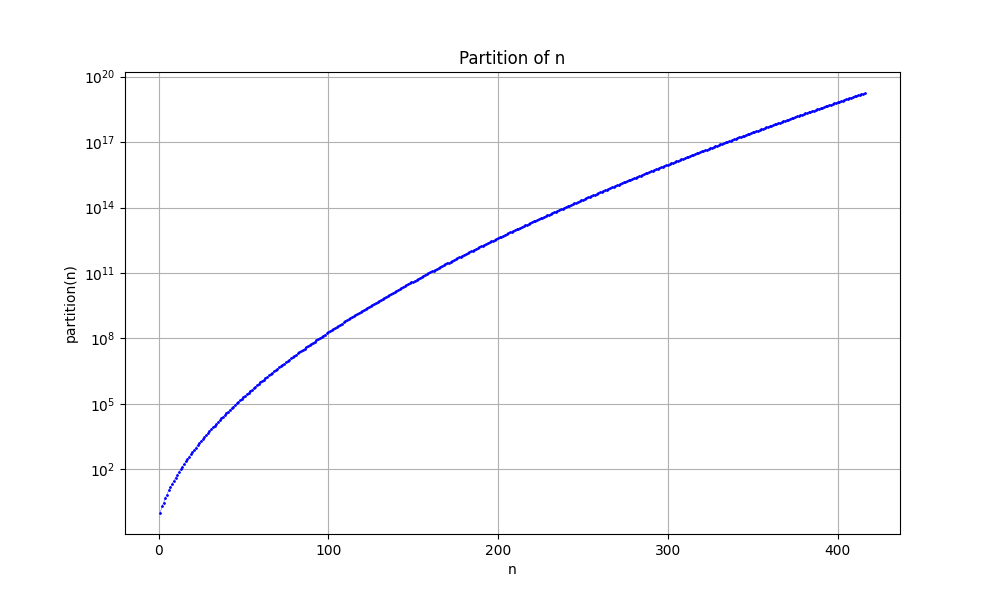
Repository: rizwankaz/partitions
Script's output: python partition_naive_plot.py
An editor plug-in stored every save of this project. The script's output is shown before and after the next save, followed by the edit.
Random numbers start from a fixed seed.

Above is the script's output before, as saved 2024-07-22 02:14:13.

### partition_naive_plot.py
import matplotlib.pyplot as plt

n_values = []
partition_values = []

with open("naive_runtime_data.txt", "r") as file:
    next(file)
    for line in file:
        parts = line.strip().split('\t')
        n = int(parts[0])
        partition = int(parts[1])
        n_values.append(n)
        partition_values.append(partition)

plt.figure(figsize=(10, 6))
plt.plot(n_values, partition_values, marker='o', linestyle='-', color='b', linewidth=0.25, markersize=1)
plt.xlabel('n')
plt.ylabel('partition(n)')
plt.title('Partition of n')
plt.yscale('log')
plt.grid(True)
plt.savefig("partition_plot.png")
plt.show()

### naive_runtime_data.txt
n	partition(n)	runtime
1	1	2.958e-06
2	2	1.459e-06
3	3	1.25e-06
4	5	1.792e-06
5	7	1.542e-06
6	11	1.916e-06
7	15	1.833e-06
8	22	2.25e-06
9	30	2.125e-06
10	42	2.625e-06
11	56	2.75e-06
12	77	3.125e-06
13	101	3.25e-06
14	135	3.625e-06
15	176	3.875e-06
16	231	4.25e-06
17	297	4.625e-06
18	385	5.083e-06
19	490	5.375e-06
20	627	5.916e-06
21	792	6.25e-06
22	1002	6.917e-06
23	1255	7.042e-06
24	1575	7.625e-06
25	1958	8.084e-06
26	2436	8.625e-06
27	3010	9.125e-06
28	3718	9.834e-06
29	4565	1.0166e-05
30	5604	1.0875e-05
31	6842	1.1416e-05
32	8349	1.1958e-05
33	10143	1.2625e-05
34	12310	1.3125e-05
35	14883	1.3834e-05
36	17977	1.4416e-05
37	21637	1.525e-05
38	26015	1.6083e-05
39	31185	1.65e-05
40	37338	1.7292e-05
41	44583	1.8125e-05
42	53174	1.8791e-05
43	63261	1.9583e-05
44	75175	2.0417e-05
45	89134	2.1208e-05
46	105558	2.1958e-05
47	124754	2.2833e-05
48	147273	2.3875e-05
49	173525	2.4541e-05
50	204226	2.5542e-05
51	239943	2.6375e-05
52	281589	2.7417e-05
53	329931	2.8375e-05
54	386155	2.925e-05
55	451276	3.0291e-05
56	526823	3.1083e-05
57	614154	3.2125e-05
58	715220	3.3166e-05
59	831820	3.4083e-05
60	966467	3.5292e-05
61	1121505	3.6416e-05
62	1300156	3.75e-05
63	1505499	3.8417e-05
64	1741630	3.9833e-05
65	2012558	4.1e-05
66	2323520	4.2125e-05
67	2679689	4.3291e-05
68	3087735	4.4583e-05
69	3554345	4.5542e-05
70	4087968	4.6916e-05
71	4697205	4.8083e-05
72	5392783	4.9333e-05
73	6185689	5.0667e-05
74	7089500	5.1875e-05
75	8118264	5.3167e-05
76	9289091	5.4584e-05
77	10619863	5.5792e-05
78	12132164	5.7208e-05
79	13848650	5.8583e-05
80	15796476	6.0042e-05
81	18004327	5.7917e-05
82	20506255	4.9417e-05
83	23338469	5.0625e-05
84	26543660	5.1834e-05
85	30167357	5.2875e-05
86	34262962	5.4041e-05
87	38887673	5.5292e-05
88	44108109	5.6375e-05
89	49995925	5.7667e-05
90	56634173	5.8917e-05
91	64112359	6.0208e-05
92	72533807	6.1375e-05
93	82010177	6.2542e-05
94	92669720	6.3834e-05
95	104651419	6.5125e-05
96	118114304	6.6541e-05
97	133230930	6.7792e-05
98	150198136	6.9083e-05
99	169229875	7.0416e-05
100	190569292	7.175e-05
101	214481126	7.3042e-05
102	241265379	7.4584e-05
103	271248950	7.5875e-05
104	304801365	7.7333e-05
105	342325709	7.8791e-05
106	384276336	8.0166e-05
107	431149389	8.1667e-05
108	483502844	8.2833e-05
109	541946240	8.7167e-05
110	607163746	8.5833e-05
111	679903203	8.7208e-05
112	761002156	8.875e-05
113	851376628	9.0584e-05
114	952050665	9.2e-05
115	1064144451	9.3667e-05
116	1188908248	9.5333e-05
117	1327710076	9.95e-05
118	1482074143	9.8417e-05
119	1653668665	9.9833e-05
120	1844349560	0.000101417
121	2056148051	0.000102958
122	2291320912	0.000104583
123	2552338241	0.000106292
124	2841940500	0.000107875
125	3163127352	0.000116625
126	3519222692	0.000111458
127	3913864295	0.000112958
128	4351078600	0.000114958
129	4835271870	0.000135541
130	5371315400	0.000133042
131	5964539504	0.000119958
132	6620830889	0.000123042
133	7346629512	0.000126625
134	8149040695	0.000125292
135	9035836076	0.000127
136	10015581680	0.000128792
137	11097645016	0.000182416
138	12292341831	0.0001355
139	13610949895	0.000145292
140	15065878135	0.000136208
141	16670689208	0.000145542
142	18440293320	0.000140125
143	20390982757	0.000144791
144	22540654445	0.000143791
145	24908858009	0.000145584
146	27517052599	0.000147709
147	30388671978	0.000150458
148	33549419497	0.000151792
149	37027355200	0.000153458
150	40853235313	0.000158458
151	45060624582	0.0001575
152	49686288421	0.000159458
153	54770336324	0.000161542
154	60356673280	0.000163666
155	66493182097	0.00016575
156	73232243759	0.000170459
157	80630964769	0.000169791
158	88751778802	0.000171875
159	97662728555	0.000174083
160	107438159466	0.000176208
161	118159068427	0.000178209
162	129913904637	0.000180542
163	142798995930	0.000182791
164	156919475295	0.000185667
165	172389800255	0.000187958
166	189334822579	0.000189666
167	207890420102	0.000157875
168	228204732751	0.000161709
169	250438925115	0.000161583
170	274768617130	0.000163875
171	301384802048	0.000165792
172	330495499613	0.00016725
173	362326859895	0.000169875
174	397125074750	0.000170542
175	435157697830	0.000172875
176	476715857290	0.000174916
177	522115831195	0.000176666
178	571701605655	0.000178667
179	625846753120	0.000180042
180	684957390936	0.00018475
181	749474411781	0.00018625
182	819876908323	0.000186042
183	896684817527	0.000188041
184	980462880430	0.00019
185	1071823774337	0.000192458
186	1171432692373	0.000194292
187	1280011042268	0.000196458
188	1398341745571	0.000198375
189	1527273599625	0.000200625
190	1667727404093	0.000202166
191	1820701100652	0.000204625
192	1987276856363	0.000206709
193	2168627105469	0.000208541
194	2366022741845	0.000213584
195	2580840212973	0.000212958
196	2814570987591	0.000214917
197	3068829878530	0.000217042
198	3345365983698	0.000220041
199	3646072432125	0.00022225
200	3972999029388	0.000224208
201	4328363658647	0.000226125
202	4714566886083	0.000228583
203	5134205287973	0.000230417
204	5590088317495	0.000232834
205	6085253859260	0.000235417
206	6622987708040	0.000237125
207	7206841706490	0.000238958
208	7840656226137	0.000241208
209	8528581302375	0.000243625
210	9275102575355	0.000247792
211	10085065885767	0.0002495
212	10963707205259	0.000250916
213	11916681236278	0.000252834
214	12950095925895	0.000255417
215	14070545699287	0.000257208
216	15285151248481	0.00026225
217	16601598107914	0.00027375
218	18028182516671	0.000291167
219	19573856161145	0.000309042
220	21248279009367	0.000281708
221	23061871173849	0.00028175
222	25025873760111	0.000241
223	27152408925615	0.000239417
224	29454549941750	0.000238708
225	31946390696157	0.00024075
226	34643126322519	0.000243375
227	37561133582570	0.000244875
228	40718063627362	0.00025
229	44132934884255	0.000249166
230	47826239745920	0.000253958
231	51820051838712	0.000253333
232	56138148670947	0.000255667
233	60806135438329	0.000257708
234	65851585970275	0.000259792
235	71304185514919	0.000262083
236	77195892663512	0.000266958
237	83561103925871	0.000269083
238	90436839668817	0.000268667
239	97862933703585	0.00027075
240	105882246722733	0.000272875
241	114540884553038	0.000275125
242	123888443077259	0.000277333
243	133978259344888	0.00027975
244	144867692496445	0.000293416
245	156618412527946	0.000284417
246	169296722391554	0.000286583
247	182973889854026	0.000288667
248	197726516681672	0.000291
249	213636919820625	0.000293375
250	230793554364681	0.00029575
251	249291451168559	0.000298083
252	269232701252579	0.000300416
253	290726957916112	0.000302791
254	313891991306665	0.000308125
255	338854264248680	0.0003075
256	365749566870782	0.000309917
257	394723676655357	0.000312333
258	425933084409356	0.0002865
259	459545750448675	0.000287209
260	495741934760846	0.000277416
261	534715062908609	0.000279583
262	576672674947168	0.000281875
263	621837416509615	0.000286417
264	670448123060170	0.000285708
265	722760953690372	0.000287833
266	779050629562167	0.000289917
267	839611730366814	0.000291833
268	904760108316360	0.000294209
269	974834369944625	0.000296291
270	1050197489931117	0.000298583
271	1131238503938606	0.000303375
272	1218374349844333	0.000305625
273	1312051800816215	0.0003045
274	1412749565173450	0.000307083
275	1520980492851175	0.000309416
276	1637293969337171	0.000311583
277	1762278433057269	0.0003315
278	1896564103591584	0.000316
279	2040825852575075	0.000332916
280	2195786311682516	0.000320583
281	2362219145337711	0.000323375
282	2540952590045698	0.000327875
283	2732873183547535	0.000327417
284	2938929793929555	0.000329833
285	3160137867148997	0.000331917
286	3397584011986773	0.000334084
287	3652430836071053	0.000336375
288	3925922161489422	0.000338667
289	4219388528587095	0.000337875
290	4534253126900886	0.000303333
291	4872038056472084	0.0003055
292	5234371069753672	0.000307458
293	5622992691950605	0.000309625
294	6039763882095515	0.00031175
295	6486674127079088	0.000313792
296	6965850144195831	0.0003185
297	7479565078510584	0.0003185
298	8030248384943040	0.000331167
299	8620496275465025	0.000322125
300	9253082936723602	0.00032425
301	9930972392403501	0.000326375
302	10657331232548839	0.000329833
303	11435542077822104	0.000332708
304	12269218019229465	0.000335
305	13162217895057704	0.000336875
306	14118662665280005	0.000343417
307	15142952738857194	0.000346208
308	16239786535829663	0.000346792
309	17414180133147295	0.000347542
310	18671488299600364	0.000354584
311	20017426762576945	0.00035025
312	21458096037352891	0.000349958
313	23000006655487337	0.000352417
314	24650106150830490	0.000354791
315	26415807633566326	0.000357292
316	28305020340996003	0.000359
317	30326181989842964	0.000361375
318	32488293351466654	0.0003635
319	34800954869440830	0.00034075
320	37274405776748077	0.000330208
321	39919565526999991	0.000331708
322	42748078035954696	0.000336333
323	45772358543578028	0.00033575
324	49005643635237875	0.000337792
325	52462044228828641	0.000339708
326	56156602112874289	0.000368
327	60105349839666544	0.000357375
328	64325374609114550	0.000346375
329	68834885946073850	0.000348708
330	73653287861850339	0.000353084
331	78801255302666615	0.0003525
332	84300815636225119	0.000354583
333	90175434980549623	0.000356625
334	96450110192202760	0.000358542
335	103151466321735325	0.000360791
336	110307860425292772	0.000362917
337	117949491546113972	0.000365042
338	126108517833796355	0.000367125
339	134819180623301520	0.000369375
340	144117936527873832	0.0003715
341	154043597379576030	0.000365167
342	164637479165761044	0.000343667
343	175943559810422753	0.000345625
344	188008647052292980	0.000347542
345	200882556287683159	0.000349625
346	214618299743286299	0.000360333
347	229272286871217150	0.00035375
348	244904537455382406	0.000355792
349	261578907351144125	0.000357709
350	279363328483702152	0.000359792
351	298330063062758076	0.000361709
352	318555973788329084	0.000363792
353	340122810048577428	0.000365834
354	363117512048110005	0.000370208
355	387632532919029223	0.000370083
356	413766180933342362	0.000372167
357	441622981929358437	0.000374209
358	471314064268398780	0.00037625
359	502957566506000020	0.000383292
360	536679070310691121	0.000386292
361	572612058898037559	0.000382584
362	610898403751884101	0.00038475
363	651688879997206959	0.000367791
364	695143713458946040	0.000358167
365	741433159884081684	0.000359875
366	790738119649411319	0.000361666
367	843250788562528427	0.000363666
368	899175348396088349	0.000366125
369	958728697912338045	0.000367792
370	1022141228367345362	0.000391917
371	1089657644424399782	0.000387792
372	1161537834849962850	0.000386916
373	1238057794119125085	0.000375917
374	1319510599727473500	0.00037825
375	1406207446561484054	0.000409125
376	1498478743590581081	0.00038125
377	1596675274490756791	0.000383791
378	1701169427975813525	0.000385708
379	1812356499739472950	0.000387625
380	1930656072350465812	0.000389666
381	2056513475336633805	0.000391541
382	2190401332423765131	0.000393792
383	2332821198543892336	0.000396
384	2484305294265418180	0.000372083
385	2645418340688763701	0.000373875
386	2816759503217942792	0.00037575
387	2998964447736452194	0.000377916
388	3192707518433532826	0.000379792
389	3398704041358160275	0.000384417
390	3617712763867604423	0.000406542
391	3850538434667429186	0.000401833
392	4098034535626594791	0.000387667
393	4361106170762284114	0.000392041
394	4640713124699623515	0.0003915
395	4937873096788191655	0.0003935
396	5253665124416975163	0.000395167
397	5589233202595404488	0.000397416
398	5945790114707874597	0.00039925
399	6324621482504294325	0.000401417
400	6727090051741041926	0.00042
401	7154640222653942321	0.000419041
402	7608802843339879269	0.000407542
403	8091200276484465581	0.000410083
404	8603551759348655060	0.000411291
405	9147679068859117602	0.00041325
406	9725512513742021729	0.00041525
407	10339097267123947241	0.000440833
408	10990600063775926994	0.000389
409	11682316277192317780	0.000390834
410	12416677403151190382	0.000428375
411	13196258966925435702	0.000415542
412	14023788883518847344	0.000396667
413	14902156290309948968	0.000409791
414	15834420884488187770	0.000401209
415	16823822787139235544	0.000408334
416	17873792969689876004	0.000419041

After the next save:
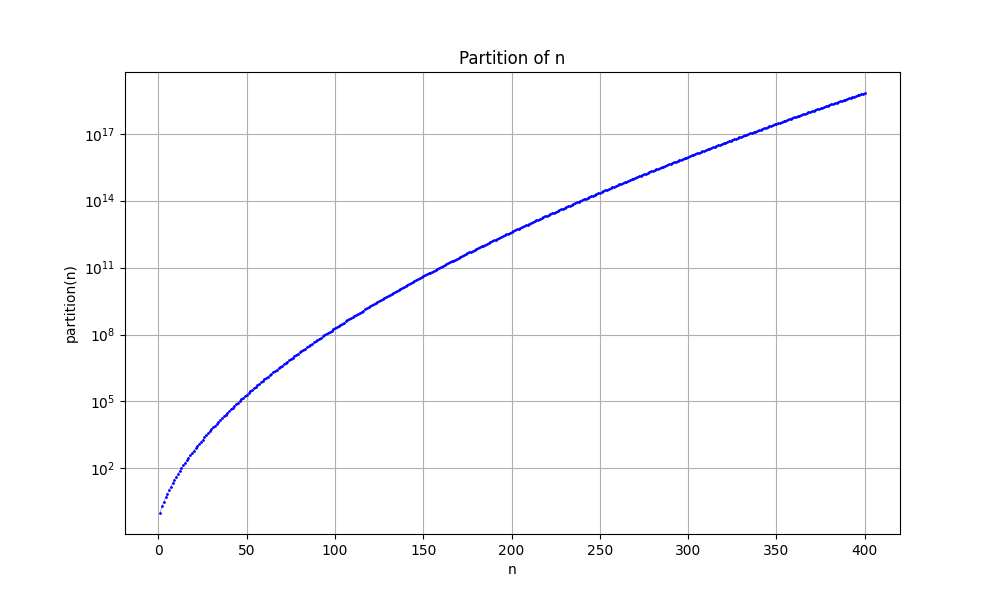
Saved 64 s later.
--- a/naive_runtime_data.txt
+++ b/naive_runtime_data.txt
@@ -399,19 +399,3 @@ n	partition(n)	runtime
 398	5945790114707874597	0.00039925
 399	6324621482504294325	0.000401417
 400	6727090051741041926	0.00042
-401	7154640222653942321	0.000419041
-402	7608802843339879269	0.000407542
-403	8091200276484465581	0.000410083
-404	8603551759348655060	0.000411291
-405	9147679068859117602	0.00041325
-406	9725512513742021729	0.00041525
-407	10339097267123947241	0.000440833
-408	10990600063775926994	0.000389
-409	11682316277192317780	0.000390834
-410	12416677403151190382	0.000428375
-411	13196258966925435702	0.000415542
-412	14023788883518847344	0.000396667
-413	14902156290309948968	0.000409791
-414	15834420884488187770	0.000401209
-415	16823822787139235544	0.000408334
-416	17873792969689876004	0.000419041
